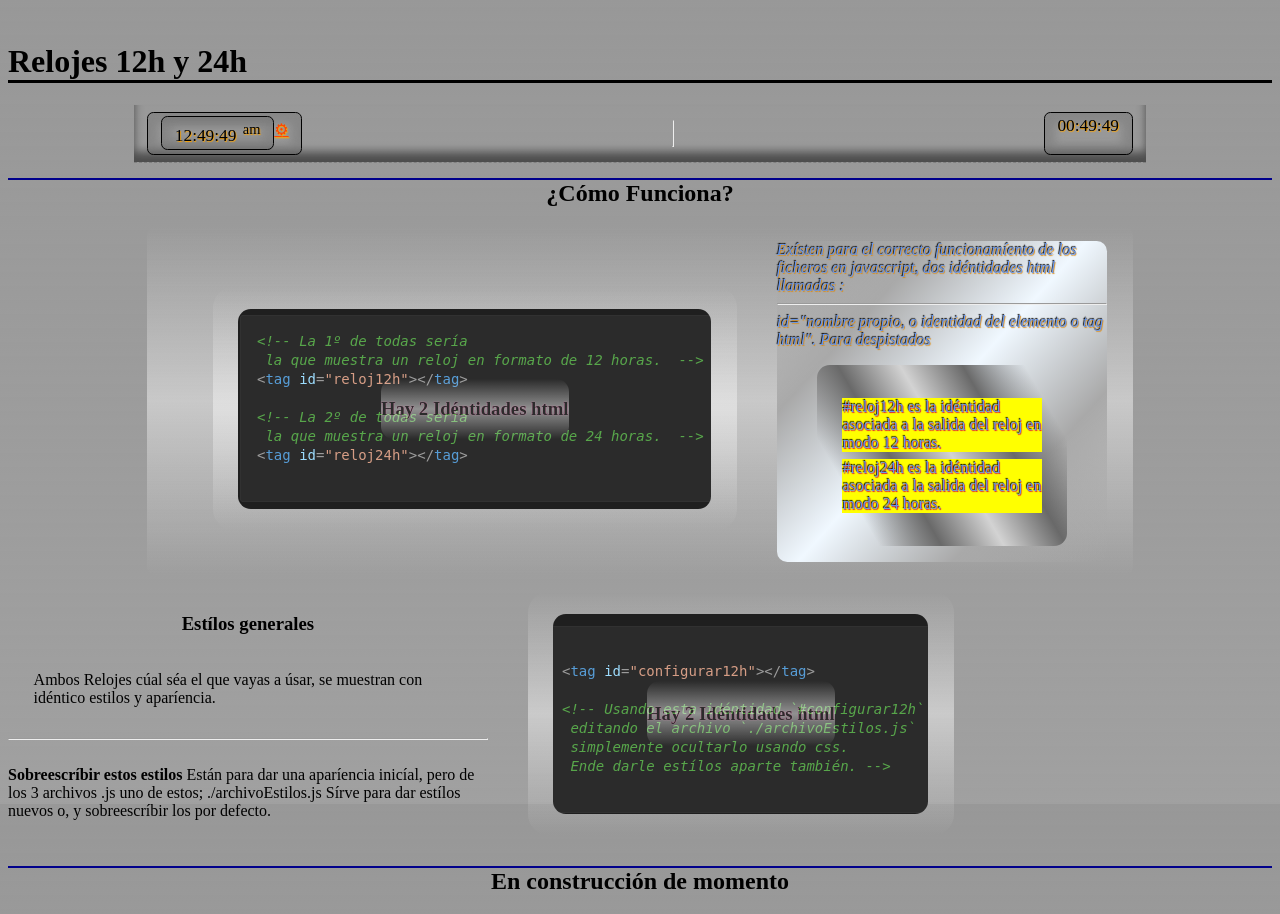
Repository: marcostonfor/clocks
Page: index.html
These files come from the project's save history. The page is drawn as it stood at one moment and after the next save; the edit follows.
The browser window is 1280 px wide. The pictures show the whole page.

Above is the page before, as saved 2024-09-19 01:10:16.

After the next save:
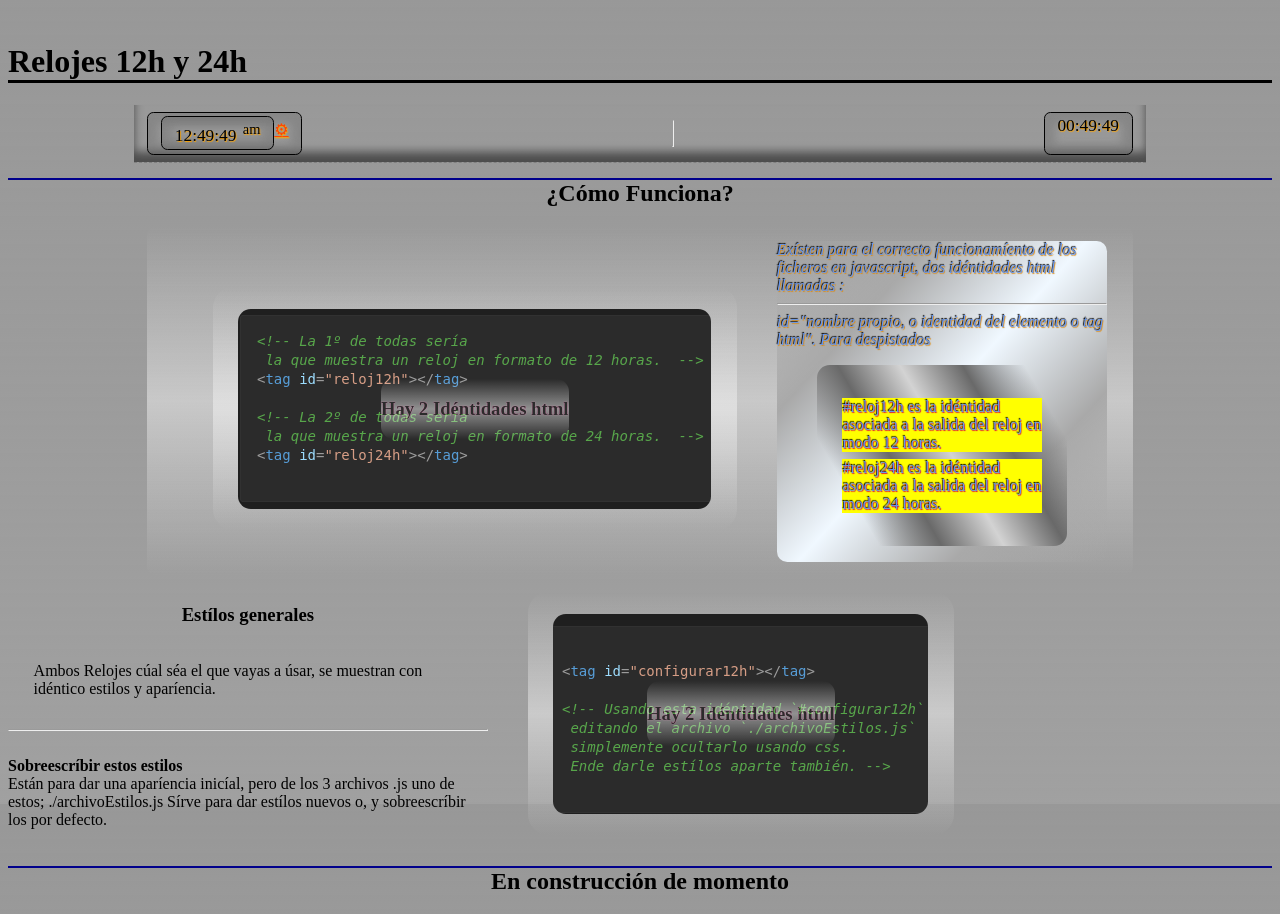
Saved 11 s later.
--- a/index.html
+++ b/index.html
@@ -129,7 +129,7 @@
             overflow: hidden;
         }
 
-        #textoGeneral .hache3 {
+         .hache3 {
             display: block !important;
         }
     </style>
